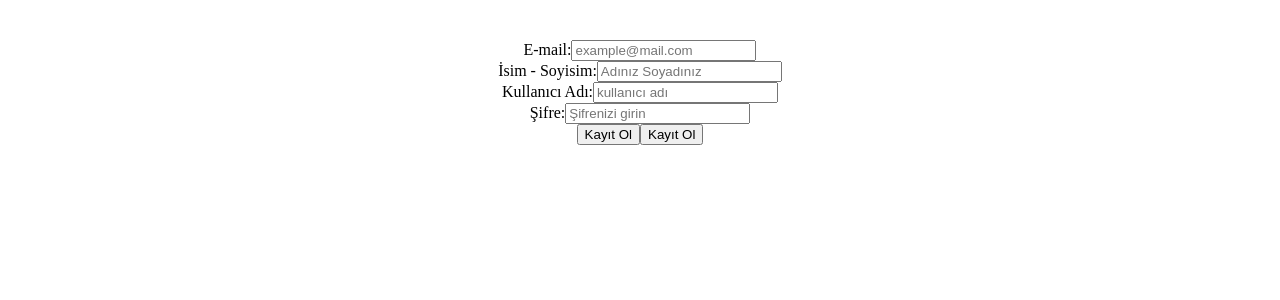
Repository: rumeyssaasya/TaskifyFrontendExample
Page: /
The author's editor kept a copy of each file at every save. The page is drawn from the files as they stood at one save, then again after the next save.
The browser window is 1280 px wide. The pictures show the whole page.
The project was rebuilt for these pictures with package versions that can differ from the ones it lists, and the page was loaded fresh each time. Also part of the build but not shown: vite.config.ts, src/pages/Login/login.tsx, src/component/Navbar/navbar.tsx, src/component/ProjectList/projectList.tsx, src/component/CreateProject/createProject.tsx, src/pages/Projects/projects.tsx, src/api/ProtectedRoute.tsx, src/component/TaskList/taskList.tsx and 2 more. Imported but missing from the stored project, and not drawn on this page: src/component/ProjectDetails/projectDetail.

Above is the page before, as saved 2025-07-26 01:49:39.

After the next save:
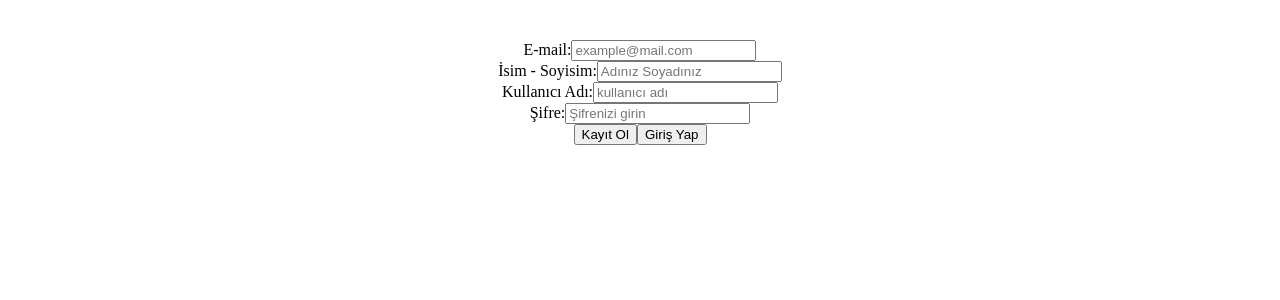
Saved 19 s later.
--- a/src/pages/Register/register.tsx
+++ b/src/pages/Register/register.tsx
@@ -83,7 +83,7 @@ const RegisterForm = () => {
       {error && <p style={{ color: "red" }}>{error}</p>}
 
       <button type="submit">Kayıt Ol</button>
-       <button type="button" onClick={()=>navigate("/auth/login")}>Kayıt Ol</button>
+       <button type="button" onClick={()=>navigate("/auth/login")}>Giriş Yap</button>
     </form>
   );
 };
